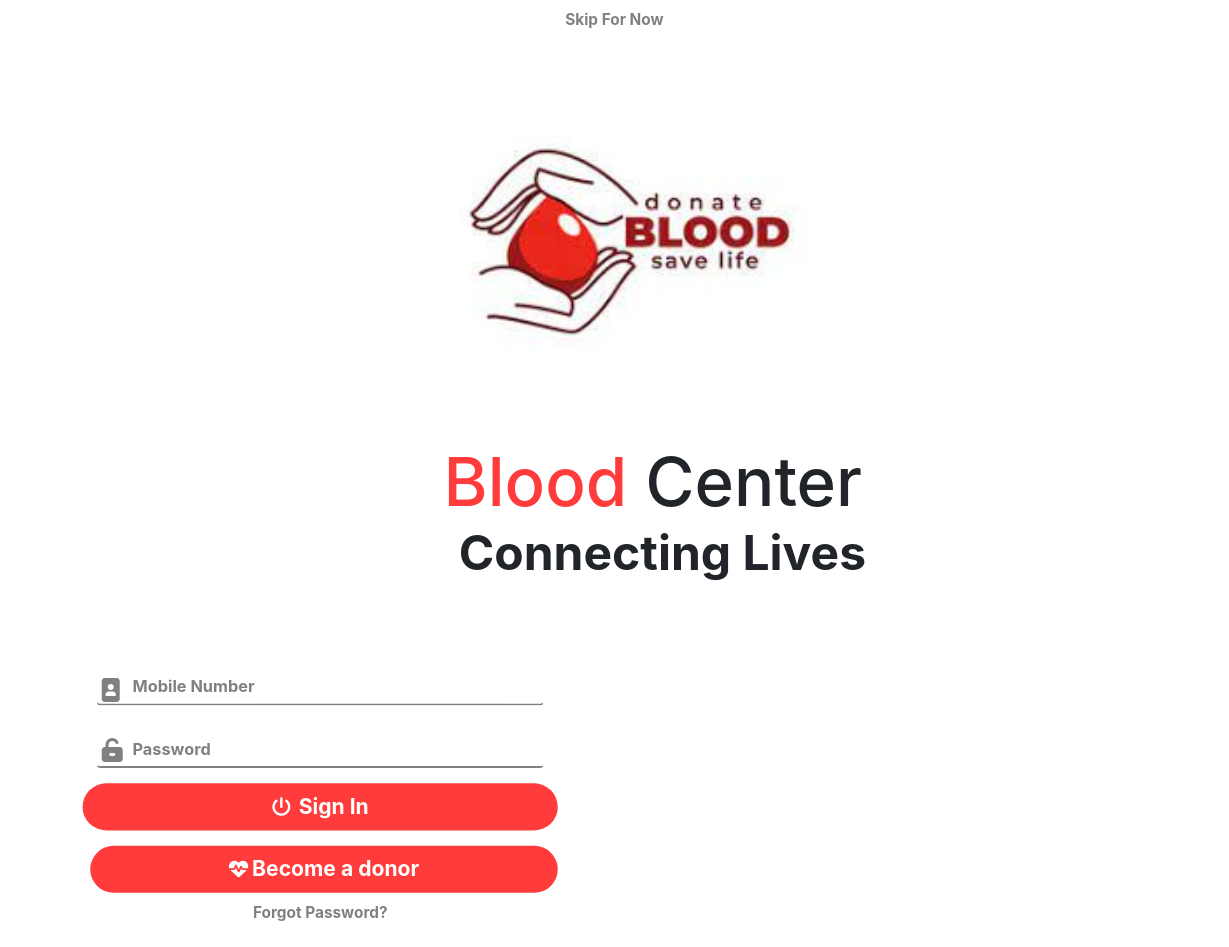
Repository: syedali042/jbds
Page: /
The author's editor kept a copy of each file at every save. The page is drawn from the files as they stood at one save, then again after the next save.
The browser window is 1280 px wide. The pictures show the whole page, at 96% of full size.
Some web libraries are served in a nearby version. The project was rebuilt for these pictures with package versions that can differ from the ones it lists, and the page was loaded fresh each time. Also part of the build but not shown: src/components/Header.js, src/components/About.js, src/components/Register.js, src/components/Header2.js, src/components/Home.js, src/components/Header4.js, src/components/Request.js, src/components/Header3.js and 1 more.

Above is the page before, as saved 2021-11-09 20:44:24.

### public/index.html
<!DOCTYPE html>
<html lang="en">
  <head>
    <meta charset="utf-8" />
    <link rel="icon" href="%PUBLIC_URL%/favicon.ico" />
    <meta name="viewport" content="width=device-width, initial-scale=1" />
    <meta name="theme-color" content="#000000" />
    <meta
      name="description"
      content="Web site created using create-react-app"
    />
    <!--FontAwesome-->
    <script src="https://kit.fontawesome.com/f4576591a8.js" crossorigin="anonymous"></script>
    <!--FontAwesome ends-->
    <!--bootstrap-->
    <link rel="stylesheet" href="https://maxcdn.bootstrapcdn.com/bootstrap/4.0.0/css/bootstrap.min.css"
      integrity="sha384-Gn5384xqQ1aoWXA+058RXPxPg6fy4IWvTNh0E263XmFcJlSAwiGgFAW/dAiS6JXm" crossorigin="anonymous">
    <!--bootstrap ends-->
    <link rel="apple-touch-icon" href="%PUBLIC_URL%/logo192.png" />
    <!--
      manifest.json provides metadata used when your web app is installed on a
      user's mobile device or desktop. See https://developers.google.com/web/fundamentals/web-app-manifest/
    -->
    <link rel="manifest" href="%PUBLIC_URL%/manifest.json" />
    <!--
      Notice the use of %PUBLIC_URL% in the tags above.
      It will be replaced with the URL of the `public` folder during the build.
      Only files inside the `public` folder can be referenced from the HTML.

      Unlike "/favicon.ico" or "favicon.ico", "%PUBLIC_URL%/favicon.ico" will
      work correctly both with client-side routing and a non-root public URL.
      Learn how to configure a non-root public URL by running `npm run build`.
    -->
    <title>React App</title>
  </head>
  <body>
    <noscript>You need to enable JavaScript to run this app.</noscript>
    <div id="root"></div>
    <!--Jquery-->
    <script src="https://code.jquery.com/jquery-3.2.1.slim.min.js"
      integrity="sha384-KJ3o2DKtIkvYIK3UENzmM7KCkRr/rE9/Qpg6aAZGJwFDMVNA/GpGFF93hXpG5KkN" crossorigin="anonymous"></script>
    <script src="https://cdnjs.cloudflare.com/ajax/libs/popper.js/1.12.9/umd/popper.min.js"
      integrity="sha384-ApNbgh9B+Y1QKtv3Rn7W3mgPxhU9K/ScQsAP7hUibX39j7fakFPskvXusvfa0b4Q" crossorigin="anonymous"></script>
    <script src="https://maxcdn.bootstrapcdn.com/bootstrap/4.0.0/js/bootstrap.min.js"
      integrity="sha384-JZR6Spejh4U02d8jOt6vLEHfe/JQGiRRSQQxSfFWpi1MquVdAyjUar5+76PVCmYl" crossorigin="anonymous"></script>
    <!--Jquery ends-->
  </body>
</html>

### src/App.js
import './App.css';
import Login from './components/Login';
import About from './components/About';
import Register from './components/Register';
import Home from './components/Home';
import Request from './components/Request';
import Create from './components/Create';
import {
  BrowserRouter as Router,
  Switch,
  Route,
  Link
} from "react-router-dom";


function App() {
  return (
    <Router>
      <Switch>
        <Route path="/About">
          <About/>
        </Route>
        <Route path="/Login">
          <Login />
        </Route>
        <Route path="/Register">
          <Register />
        </Route>
        <Route path="/Create">
          <Create />
        </Route>
        <Route path="/Request">
          <Request />
        </Route>
        <Route path="/Home">
          <Home />
        </Route>
        <Route path="/">
          <Login />
        </Route>
      </Switch>
    </Router>
  );
}

export default App;

### src/App.css
*{
  margin: 0;
  padding: 0;
}
.con{
  font-size: 25px;
  font-weight: bold;
  position: relative;
  bottom: 35px;
  padding: 5px;
}
.em{
  border: none;
  border-bottom: 2px solid gray;
}
.pass{
  border: none;
  border-bottom: 2px solid gray;
}
.placehorder::placeholder {
  font-weight: bolder;
  color: gray;
  position: relative;
  left: 25px;
  font-size: 17px;
}
.forgot{
  color: gray;
  font-weight: bolder;
}
.login{
  color: gray;
  font-weight: bolder;
}
.fa-portrait{
  font-size: 20px;
  position: relative;
  top: 30px;
  left: 5px;
  color: gray;
}
.fa-unlock-alt{
   font-size: 20px;
  position: relative;
  top: 30px;
  left: 5px;
  color: gray;
}
.sign{
  width: 230px;
  position: relative;
  font-size: 22px;
  border-radius: 30px;
  background-color: #FF3B3B;
  color: white;
  font-weight: bolder;
  border: none;
}
.fa-power-off{
  font-size: 20px;
  position: relative;

  color: white ;
}
.donor{
  width: 230px;
  position: relative;
  font-size: 22px;
  border-radius: 30px;
  background-color: #FF3B3B;
  color: white;
  font-weight: bolder;
  border: none;
  letter-spacing: o.1;
}
.fa-heartbeat{
   font-size: 20px;
  position: relative;

  color: white ;
}
@media screen and (max-width: 440px){

  .con{
  font-size: 20px;
  font-weight: bold;
  position: relative;
  bottom: 35px;
  padding: 5px;
}
.blood{
  font-size: 27px;
}
.formik{
  position: relative;
  bottom: 50px;
}
.pass{
  border: none;
  border-bottom: 2px solid gray;

}

.donor{
  width: 210px;
  position: relative;
  font-size: 22px;
  border-radius: 30px;
  background-color: #FF3B3B;
  color: white;
  font-weight: bolder;
  border: none;
  letter-spacing: o.1;
}
.sign{
  width: 210px;
  position: relative;
  font-size: 22px;
  border-radius: 30px;
  background-color: #FF3B3B;
  color: white;
  font-weight: bolder;
  border: none;
}

}
@media screen and (min-width: 768px){


  .img{
  position: relative;
  width: 400px;
  left: 40px;
}
  .con{
  font-size: 50px;
  font-weight: bold;
  position: relative;
  bottom: 35px;
  padding: 5px;
  left: 50px;
}
.blood{
  font-size: 70px;
  position: relative;
  left: 40px;
}

.name{
  border: none;
  border-bottom: 2px solid gray;
   margin-top: 10px;
  height: 70px;
}


.adress{
    border: none;
  border-bottom: 2px solid gray;
   margin-top: 10px;
  height: 70px;
}
input::placeholder {
  font-weight: bolder;
  color: gray;
  position: relative;
  left: 45px;
  font-size: 30px;
}
.fa-portrait{
  font-size: 25px;
  position: relative;
  top: 37px;
  left: 5px;
  color: gray;
}
.fa-unlock-alt{
   font-size: 25px;
  position: relative;
  top: 35px;
  left: 5px;
  color: gray;
}
.fa-mobile-alt{
    font-size: 30px;
  position: relative;
  top: 55px;
  left: 5px;
  color: gray;
}
.fa-map-marker-alt{
   font-size: 30px;
  position: relative;
  top: 55px;
  left: 5px;
  color: gray;
}
.fa-disease{
 font-size: 30px;
  position: relative;
  top: 55px;
  left: 5px;
  color: gray;
}

.sign{
  width: 300px;
  position: relative;
  font-size: 22px;
  border-radius: 30px;
  background-color: #FF3B3B;
  color: white;
  font-weight: bolder;
  border: none;
}

.donor{
  width: 300px;
  position: relative;

  font-size: 22px;
  border-radius: 30px;
  background-color: #FF3B3B;
  color: white;
  font-weight: bolder;
  border: none;
  letter-spacing: o.1;
}

}
.header{
  background-color: #FF3B3B;
  padding: 3px;
}
.fa-chevron-left{
  color: white;
}
.profile{
  color: white;

}
.kelly{
  font-size: 23px;
  font-weight: bolder;
}
.girl{
  width: 70px;
  border-radius: 50px;
  margin-left: 50px;
  position: relative;
  bottom: 10px;
}
.r1{
  margin-top: 40px;
}

.name{
  border: none;
  border-bottom: 2px solid gray;
}
.num{
   border: none;
  border-bottom: 2px solid gray;
}
.adress{
    border: none;
  border-bottom: 2px solid gray;
}
.r2{
  background-color: rgb(247, 238, 238);
  border-radius: 15px;
  border: 1px solid transparent;
}
.update{

  position: relative;
  font-size: 22px;
  border-radius: 30px;
  background-color: #FF3B3B;
  color: white;
  font-weight: bolder;
  border: none;
}
.fa-mobile-alt{
   font-size: 20px;
  position: relative;
  top: 30px;
  left: 5px;
  color: gray;
}
.bloodGroup{
   border: none;
  border-bottom: 2px solid gray;
}
.fa-disease{
  font-size: 20px;
  position: relative;
  top: 30px;
  left: 5px;
  color: gray;
}
.city{
  border: none;
  border-bottom: 2px solid gray;
}
.fa-map-marker-alt{
  font-size: 20px;
  position: relative;
  top: 30px;
  left: 5px;
  color: gray;
}
.fa-arrow-right{
   font-size: 30px;
  position: relative;
 top: 5px;
  color:white;
}
.bodyOfHeader2{
   background-color: #FF3B3B;
   color: white;
}
.fa-search{
  position: relative;
  left: 90%;
  bottom: 30px;
  color: gray;
  font-size: 25px;
}
.groups{
 display: flex;
 margin-left: 5px;
}
.groups >div {
  background-color: #FF3B3B;
  width: 30px;
  margin: 7px;
  text-align: center;
  font-size: 20px;
  color: white;
  border-radius: 5px;
}
.HomeRow{
  border-bottom: 1px solid gray;
}
.sidebar{
  width: 60%;
  height: 100vh;
  position: absolute;
  background-color: #FF3B3B ;
  z-index: 1;
}
.create{
  color: white;
  margin-right: 30px;
}
.conReq{
  margin-top: 20px;
  background-color: rgb(216, 220, 230);
  border-radius: 5px;
}

### src/components/Login.js
import React from 'react';
import {Formik} from 'formik';


function Login() {
    return (
        <>
        <div className="w-100 d-flex align-items-center justify-content-center">
            <a href="/home" className="text-decoration-none forgot p-2">Skip For Now</a>
        </div>
        <div className="container">
            <div className="d-flex align-items-center justify-content-center">
                <div>
                    <img src="./images/download.jfif" alt="there is no image" className="img"/>
                    <h2 className="blood text-center"><span style={{color:'#FF3B3B'}}>Blood</span> Center</h2><br>
                    </br>
                    <h5 className="con text-center">Connecting Lives</h5>
                </div>
            </div>
            <div className="container">
                <div className="row p-3">
                    <div>
                        <Formik
                            initialValues={{ email: '', password: '' }}
                            validate={values => {
                                const errors = {};
                                if (!values.email) {
                                    errors.email = 'Required';
                                } else if (
                                    !/^[A-Z0-9._%+-]+@[A-Z0-9.-]+\.[A-Z]{2,}$/i.test(values.email)
                                ) {
                                    errors.email = 'Invalid email address';
                                }
                                return errors;
                            }}
                            onSubmit={(values, { setSubmitting }) => {
                                setTimeout(() => {
                                    alert(JSON.stringify(values, null, 2));
                                    setSubmitting(false);
                                }, 400);
                            }}
                        >
                            {({
                                values,
                                errors,
                                touched,
                                handleChange,
                                handleBlur,
                                handleSubmit,
                                isSubmitting,
                                /* and other goodies */
                            }) => (
                            <form onSubmit={handleSubmit} className="formik">
                                <i className="fas fa-portrait"></i>
                                    <input
                                    type="email" className="placehorder form-control em"
                                        name="email"
                                        onChange={handleChange}
                                        onBlur={handleBlur}
                                        value={values.email}
                                        placeholder="Mobile Number"

                                    />

                                    {errors.email && touched.email && errors.email}
                                <i className="fas fa-unlock-alt"></i>
                                    <input
                                    type="password" className="placehorder form-control pass"
                                        name="password"
                                        onChange={handleChange}
                                        onBlur={handleBlur}
                                        value={values.password}
                                        placeholder="Password"
                                    />

                                    {errors.password && touched.password && errors.password}
                                <div className="row d-flex align-items-center justify-content-center">
                                    <button type="submit" disabled={isSubmitting} className="sign p-2 mt-3 w-100">
                                        <i className="fas fa-power-off mr-2 "></i>Sign In
                                    </button>
                                    <button className="donor p-2 mt-3 ml-2 w-100">
                                        <i className="fas fa-heartbeat mr-1 "></i>Become a donor
                                    </button>
                                    <a href="#" className="forgot p-2">Forgot Password?</a>

                                </div>

                                </form>
                            )}
                        </Formik>
                    </div>
                </div>
            </div>
        </div>
        </>
    )
}

export default Login

Loaded but not shown: src/index.js (common file); src/index.css (common file); src/reportWebVitals.js (common file)

After the next save:
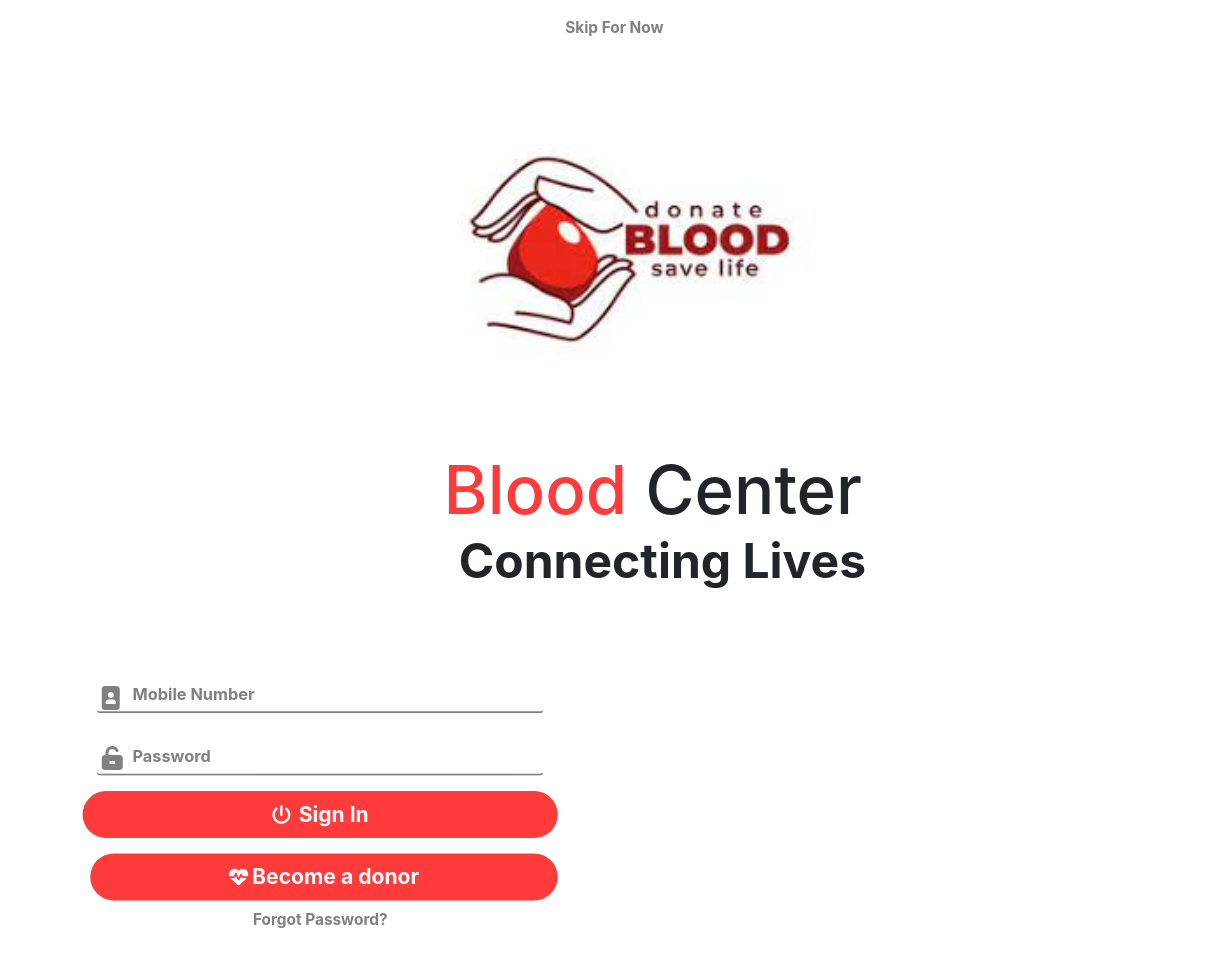
Saved 11 s later.
--- a/src/components/Login.js
+++ b/src/components/Login.js
@@ -5,7 +5,7 @@ import {Formik} from 'formik';
 function Login() {
     return (
         <>
-        <div className="w-100 d-flex align-items-center justify-content-center">
+        <div className="w-100 d-flex align-items-center justify-content-center mt-2">
             <a href="/home" className="text-decoration-none forgot p-2">Skip For Now</a>
         </div>
         <div className="container">
